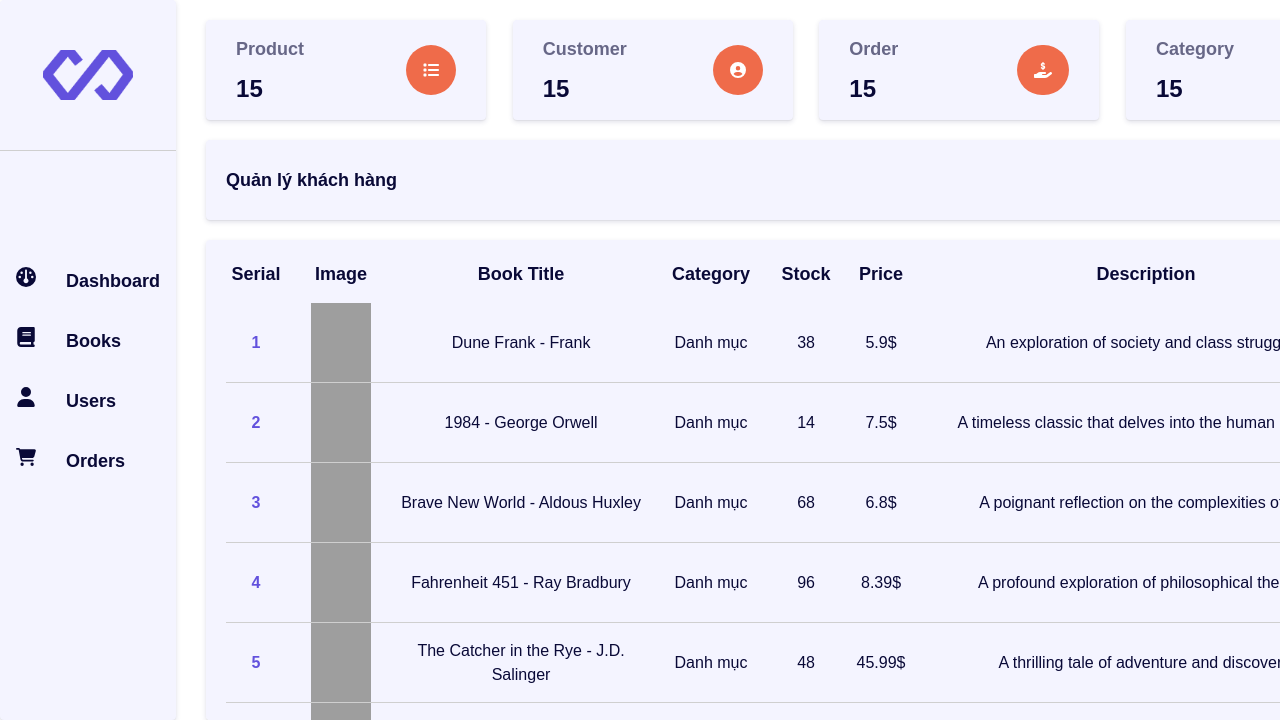
Repository: kauittt/BookStore_FE
Page: / (app in book-store/)
These files come from the project's save history. The page is drawn as it stood at one moment and after the next save; the edit follows.
The browser window is 1280 px wide. The pictures show the whole page.
Pictures or frames that could not be fetched are drawn as grey boxes. An inner scrolling area shows only its first screen. The project was rebuilt for these pictures with package versions that can differ from the ones it lists, and the page was loaded fresh each time. Also part of the build but not shown: book-store/vite.config.js, book-store/src/components/elements/FormInput.jsx, book-store/src/components/login-signup/Login.jsx, book-store/src/components/book/BookItem.jsx, book-store/src/components/book/BookList.jsx, book-store/src/components/elements/BackNavigation.jsx, book-store/src/components/book/BookDetail.jsx, book-store/src/components/cart/QuantitySelector.jsx and 5 more.

Above is the page before, as saved 2024-07-20 14:06:57.

### book-store/src/App.jsx
import Login from "./components/login-signup/Login";
import BookItem from "./components/book/BookItem";
import BookList from "./components/book/BookList";
import BookDetail from "./components/book/BookDetail";
import CartItem from "./components/cart/CartItem";
import Cart from "./components/cart/Cart";
import Checkout from "./components/checkout/Checkout";
import AdminNav from "./components/admin/AdminNav";
import ManageList from "./components/admin/ManageList";
import AdminPage from "./components/admin/AdminPage";
import Card from "./components/elements/Card";

const App = () => {
    //! Width - Height: 1536 - 703
    //! 270 - 255
    //! Width: 0.9
    //! Height: 0.585

    //* Semibold - Normal
    //* 3xl (Tiêu đề to) - lg (To hơn bình thường) - sm (Chú thích nhỏ) - Normal

    const data = [
        {
            image: "https://nhasachphuongnam.com/images/thumbnails/240/290/detailed/287/con-duong-hoi-giao-tb-2024.jpg",
            price: "5.9",
            name: "Dune Frank ",
            author: "Frank ",
        },
        {
            image: "https://i.pinimg.com/474x/57/70/55/5770553158ceac5870925fd79f9699eb.jpg",
            price: "7.5",
            name: "1984",
            author: "George Orwell",
        },
        {
            image: "https://listsach.com/wp-content/uploads/2020/05/bia-sach-dep-ngoi-nha-nghin-hanh-lang.jpg",
            price: "6.8",
            name: "Brave New World",
            author: "Aldous Huxley",
        },
        {
            image: "https://listsach.com/wp-content/uploads/2020/05/quyen-sach-co-bia-dep-khong-gia-dinh.jpg",
            price: "8.39",
            name: "Fahrenheit 451",
            author: "Ray Bradbury",
        },
        {
            image: "https://salt.tikicdn.com/cache/w1200/ts/product/03/ee/cc/9e91a112fb77049e9167f41ef62f832e.jpeg",
            price: "45.99",
            name: "The Catcher in the Rye",
            author: "J.D. Salinger",
        },
        {
            image: "https://intamphuc.vn/wp-content/uploads/2023/06/mau-bia-sach-dep-4.jpg",
            price: "9.2",
            name: "To Kill a Mockingbird",
            author: "Harper Lee",
        },
        {
            image: "https://vietart.co/blog/wp-content/uploads/2014/01/2_thiet_ke_bia_sach_dep_20.jpg",
            price: "5.0",
            name: "The Great Gatsby",
            author: "F. Scott Fitzgerald",
        },
        {
            image: "https://thegioidohoa.com/wp-content/uploads/2017/08/tong-hop-20-mau-bia-sach-doc-dao-nhat-nam-2017-7.jpg",
            price: "6.5",
            name: "Moby Dick",
            author: "Herman Melville",
        },
        {
            image: "https://encrypted-tbn0.gstatic.com/images?q=tbn:ANd9GcRVxy22da304ThgqLt9eKkHoYNLhIEgOL5vLCuA0X--bl323dKTKr0Q_H8tqkGQcfgcqA8&usqp=CAU",
            price: "7.8",
            name: "War and Peace",
            author: "Leo Tolstoy",
        },
        {
            image: "https://intamphuc.vn/wp-content/uploads/2023/06/mau-bia-sach-dep-2.jpg",
            price: "6.0",
            name: "Pride and Prejudice",
            author: "Jane Austen",
        },
    ];

    // Các mô tả mẫu để sử dụng
    const descriptions = [
        "A timeless classic that delves into the human psyche.",
        "An exploration of society and class struggles.",
        "A thrilling tale of adventure and discovery.",
        "A thought-provoking story that challenges conventional wisdom.",
        "A masterpiece of modern literature.",
        "A poignant reflection on the complexities of life.",
        "A gripping narrative that captivates the reader from start to finish.",
        "An emotional journey through love, loss, and redemption.",
        "A profound exploration of philosophical themes.",
        "An unforgettable story of courage and resilience.",
    ];

    // Hàm tạo số lượng ngẫu nhiên từ 1 đến 100
    function getRandomQuantity() {
        return Math.floor(Math.random() * 100) + 1;
    }

    // Hàm tạo mô tả ngẫu nhiên từ danh sách mô tả mẫu
    function getRandomDescription() {
        const index = Math.floor(Math.random() * descriptions.length);
        return descriptions[index];
    }

    // Tạo dữ liệu đa dạng cho mảng data
    const enhancedData = data.map((item) => ({
        ...item,
        quantity: getRandomQuantity(),
        description: getRandomDescription(),
    }));

    const detail = {
        image: "https://nhasachphuongnam.com/images/thumbnails/240/290/detailed/287/con-duong-hoi-giao-tb-2024.jpg",
        price: "5.9",
        name: "Dune",
        author: "Frank Herbert ",
        quantity: 10,
        description:
            "Contrary to popular belief, Lorem Ipsum is not simply random text. It has roots in a piece of classical Latin literature from 45 BC, making it over 2000 years old. Richard McClintock, a Latin professor at Hampden-Sydney College in Virginia, looked up one of the more obscure Latin words, consectetur, from a Lorem Ipsum passage, and going through the cites of the word in classical literature, discovered the undoubtable source. Lorem Ipsum comes from sections",
    };

    //! Sửa chổ quantity*price trong tính cart, checkout
    return (
        // container mx-auto
        <div className="text-text-normal  cursor-default select-none">
            {/* <Card name="Sản phẩm" quantity="15" icon={faList}></Card> */}

            <AdminPage books={enhancedData}></AdminPage>
            {/* <ManageList books={enhancedData}></ManageList> */}
            {/* <AdminNav></AdminNav> */}
            {/* <Checkout books={enhancedData}></Checkout> */}
            {/* <Cart books={enhancedData}></Cart> */}
            {/* <CartItem book={detail}></CartItem> */}
            {/* <BookDetail book={detail}></BookDetail> */}
            {/* <BookList title="Classic" books={data}></BookList> */}
            {/* <Login></Login> */}
        </div>
    );
};

export default App;

### book-store/src/index.css
@tailwind base;

* {
    scrollbar-width: thin;
}

@tailwind components;
@tailwind utilities;

.container {
    width: 100%;
}
@media (min-width: 640px) {
    .container {
        max-width: 640px;
    }
}
@media (min-width: 768px) {
    .container {
        max-width: 768px;
    }
    @media (min-width: 1024px) {
        .container {
            max-width: 1024px;
        }
    }
    @media (min-width: 1280px) {
        .container {
            max-width: 1280px;
        }
    }
    @media (min-width: 1400px) {
        .container,
        .container-lg,
        .container-md,
        .container-sm,
        .container-xl,
        .container-xxl {
            max-width: 1320px;
        }
    }
}

### book-store/src/components/admin/AdminNav.jsx
import PropTypes from "prop-types";
import { FontAwesomeIcon } from "@fortawesome/react-fontawesome";
import {
    faCartShopping,
    faUser,
    faBook,
    faGauge,
} from "@fortawesome/free-solid-svg-icons";

const AdminNav = () => {
    return (
        <div
            className="flex flex-col  gap-[100px]
            font-semibold text-lg  w-[260px]
            bg-bgr-main shadow-custom rounded"
        >
            <div
                className="w-full flex justify-center mt-[50px] pb-[50px]
            border-b border-border"
            >
                <img
                    src="./image/Logo.png"
                    alt="Logo"
                    className="w-[90px] h-[50px]  object-cover"
                />
            </div>

            <div>
                <div
                    className="p-[16px]
            transition-all duration-200 ease-in-out
            group hover:bg-bgr-white hover:shadow-custom rounded
            cursor-pointer"
                >
                    <p className="flex gap-[10px]">
                        <FontAwesomeIcon
                            className="mr-[20px] w-[20px] h-[20px]"
                            icon={faGauge}
                        />
                        Dashboard
                    </p>
                </div>
                <div
                    className="p-[16px]
            transition-all duration-200 ease-in-out
            group hover:bg-bgr-white hover:shadow-custom rounded
            cursor-pointer"
                >
                    <p className="flex gap-[10px]">
                        <FontAwesomeIcon
                            className="mr-[20px] w-[20px] h-[20px]"
                            icon={faBook}
                        />
                        Books
                    </p>
                </div>
                <div
                    className="p-[16px]
            transition-all duration-200 ease-in-out
            group hover:bg-bgr-white hover:shadow-custom rounded
            cursor-pointer"
                >
                    <p className="flex gap-[10px]">
                        <FontAwesomeIcon
                            className="mr-[20px]  w-[20px] h-[20px]"
                            icon={faUser}
                        />
                        Users
                    </p>
                </div>
                <div
                    className="p-[16px]
            transition-all duration-200 ease-in-out
            group hover:bg-bgr-white hover:shadow-custom rounded
            cursor-pointer"
                >
                    <p className="flex gap-[10px]">
                        <FontAwesomeIcon
                            className="mr-[20px] w-[20px] h-[20px]"
                            icon={faCartShopping}
                        />
                        Orders
                    </p>
                </div>
            </div>
        </div>
    );
};

AdminNav.propTypes = {
    book: PropTypes.object,
};
export default AdminNav;

### book-store/src/components/admin/ManageList.jsx
import React from "react";
import PropTypes from "prop-types";
import { FontAwesomeIcon } from "@fortawesome/react-fontawesome";
import {
    faCartShopping,
    faUser,
    faBook,
    faGauge,
} from "@fortawesome/free-solid-svg-icons";
import ManageItem from "./ManageItem";
import FormButton from "./../elements/FormButton";
const ManageList = (props) => {
    const category = [
        {
            group: "Order",
            fields: [
                { name: "Serial", width: "50px" },
                { name: "Customer Name", width: "150px" },
                { name: "Book Title", width: "150px" },
                { name: "Quantity", width: "100px" },
                { name: "Price", width: "100px" },
                { name: "Phone Number", width: "100px" },
                { name: "Address", flex: "1" }, // Use flex for flexible widths
            ],
        },
        {
            group: "Book",
            fields: [
                { name: "Serial", style: "w-[60px] text-center" },
                { name: "Image", style: "w-[80px] text-center" },
                { name: "Book Title", style: "w-[250px] text-center" },
                { name: "Category", style: "w-[100px] text-center" },
                { name: "Stock", style: "w-[60px] text-center" },
                { name: "Price", style: "w-[60px] text-center" },
                { name: "Description", style: "flex-1 text-center" },
            ],
        },
        {
            group: "User",
            fields: [
                { name: "Serial", width: "50px" },
                { name: "Username", width: "150px" },
                { name: "Name", width: "200px" },
                { name: "Role", width: "100px" },
                { name: "Email", width: "200px" },
                { name: "Phone Number", width: "150px" },
                { name: "Address", flex: "1" },
            ],
        },
    ];

    return (
        //* Danh sách sản phẩm
        <div
            className="max-w-[1200px] w-[1200px] p-[20px] pr-[40px]
        flex flex-col gap-[15px] bg-bgr-main shadow-custom rounded
        overflow-y-auto"
        >
            {/*//* Category */}
            <div
                className="flex justify-between items-center gap-[15px]
            font-semibold text-lg"
            >
                {category[1].fields.map((field, index) => (
                    <p key={index} className={`${field.style} `}>
                        {field.name}
                    </p>
                ))}
            </div>

            {/*//* List Item */}
            <div className="flex flex-col max-h-full ">
                {props.books.map((book, index) => (
                    <ManageItem
                        data={book}
                        category={category[1].fields}
                        key={index}
                        index={index}
                    ></ManageItem>
                ))}
            </div>
        </div>
    );
};
ManageList.propTypes = {
    books: PropTypes.array,
};
export default ManageList;

### book-store/src/components/admin/AdminPage.jsx
import React from "react";
import PropTypes from "prop-types";
import ManageList from "./ManageList";
import AdminNav from "./AdminNav";
import Card from "./../elements/Card";
import ManageTitle from "./ManageTitle";
import { FontAwesomeIcon } from "@fortawesome/react-fontawesome";
import {
    faCircleUser,
    faCartShopping,
    faHandHoldingDollar,
    faList,
} from "@fortawesome/free-solid-svg-icons";

const AdminPage = (props) => {
    return (
        <div
            className="flex gap-[30px] justify-between
        max-h-screen overflow-hidden
        "
        >
            {/*//* Left  */}
            <AdminNav></AdminNav>

            {/*//* Right  */}
            <div className="flex flex-col gap-[20px] pt-[20px] pr-[20px]">
                {/*//* Cards  */}
                <div className="flex justify-between items-center ">
                    <Card name="Product" quantity={15} icon={faList}></Card>
                    <Card
                        name="Customer"
                        quantity={15}
                        icon={faCircleUser}
                    ></Card>
                    <Card
                        name="Order"
                        quantity={15}
                        icon={faHandHoldingDollar}
                    ></Card>
                    <Card
                        name="Category"
                        quantity={15}
                        icon={faCartShopping}
                    ></Card>
                </div>

                {/*//* Title  */}
                <ManageTitle
                    name="Quản lý khách hàng"
                    button="Add User"
                ></ManageTitle>

                {/*//* List  */}
                <ManageList books={props.books}></ManageList>
            </div>
        </div>
    );
};

AdminPage.propTypes = {
    books: PropTypes.array,
};
export default AdminPage;

### book-store/src/components/elements/Card.jsx
import React from "react";
import PropTypes from "prop-types";
import { FontAwesomeIcon } from "@fortawesome/react-fontawesome";
import {
    faCircleUser,
    faCartShopping,
    faHandHoldingDollar,
    faList,
} from "@fortawesome/free-solid-svg-icons";
const Card = (props) => {
    return (
        <div
            className="flex items-center justify-between
            w-[280px] h-[100px] bg-bgr-main p-[30px]
        rounded shadow-custom"
        >
            <div className="flex flex-col gap-[10px]">
                <p className="text-lg text-text-light font-semibold">
                    {props.name}
                </p>
                <p className="text-2xl font-semibold">{props.quantity}</p>
            </div>
            <FontAwesomeIcon
                className="p-[17px] rounded-full
             bg-bgr-color text-text-white"
                icon={props.icon}
            />
            {/* <FontAwesomeIcon icon={faCartShopping} />
            <FontAwesomeIcon icon={faHandHoldingDollar} />
            <FontAwesomeIcon icon={faCircleUser} /> */}
        </div>
    );
};

Card.propTypes = {
    name: PropTypes.string,
    quantity: PropTypes.number,
    icon: PropTypes.object,
    color: PropTypes.string,
};
export default Card;

### book-store/src/components/elements/FormButton.jsx
import PropTypes from "prop-types";

const FormButton = ({
    name = "Button",
    main = true,
    type = "button",
    disabled = false,
    ...props
}) => {
    return (
        <button
            type={type}
            disabled={disabled}
            className={`m-w-[100px] w-[100px] m-h-[40px] h-[40px] leading-[40px]
            rounded text-lg font-semibold
            flex items-center justify-center
            cursor-pointer shadow-custom
            transition-all duration-200 ease-in-out
            bg-bgr-white
            ${main ? "bg-bgr-white" : "bg-bgr-white"}
            ${main ? "text-text-color" : "text-bgr-color"}
            ${
                main
                    ? "border border-text-color hover:bg-text-color hover:text-text-white"
                    : "border border-bgr-color hover:bg-bgr-color hover:text-text-white"
            }
            `}
            {...props}
        >
            {name}
        </button>
    );
};

FormButton.propTypes = {
    main: PropTypes.bool,
    name: PropTypes.string.isRequired,
    type: PropTypes.string,
    disabled: PropTypes.bool,
};

export default FormButton;

### book-store/src/components/admin/ManageItem.jsx
import PropTypes from "prop-types";
import { FontAwesomeIcon } from "@fortawesome/react-fontawesome";
import { faPen } from "@fortawesome/free-solid-svg-icons";
import { useState } from "react";
import Modal from "../elements/Modal";

const ManageItem = (props) => {
    // STT | Tên khách | Tên sách | Số lượng | Giá     | Phone | Address
    // STT | Hình      | Tên sách | Danh mục | Tồn kho | Giá   | Mô tả
    // STT | Username  | Name     | Role     | Email   | Phone | Address

    const isImage = props.data.image ? true : false;

    //* Handle model
    const [showModal, setShowModal] = useState(false);
    const [currentData, setCurrentData] = useState({});

    const handleEditClick = () => {
        setCurrentData(props.data);
        setShowModal(true);
    };

    const handleSave = (updatedData) => {
        console.log("Updated data:", updatedData);
        // Add logic to update the data in the parent component or backend
    };

    return (
        <div
            className="flex justify-between  items-center
                gap-[15px] min-h-[80px] h-[80px] relative
                border-b border-border"
        >
            <p
                className={`${props.category[0].style} font-semibold text-text-color`}
            >
                {props.index + 1}
            </p>

            {isImage ? (
                <div
                    className={`${props.category[1].style} h-full
                flex items-center justify-center`}
                >
                    <img
                        className="w-[60px] h-full object-cover"
                        src={props.data.image}
                        alt="Image"
                    />
                </div>
            ) : (
                <p className={`${props.category[1].style} `}>Tăng Khải Minh</p>
            )}

            <p className={`${props.category[2].style} `}>
                {props.data.name + " - " + props.data.author}
            </p>

            <p className={`${props.category[3].style} `}>Danh mục</p>

            <p className={`${props.category[4].style} `}>
                {props.data.quantity}
            </p>

            <p className={`${props.category[5].style} `}>{props.data.price}$</p>

            <p className={`${props.category[6].style} `}>
                {props.data.description}
            </p>

            <FontAwesomeIcon
                className="absolute right-[-38px] p-[10px] rounded cursor-pointer
                text-bgr-color
                transition-all duration-200 ease-in-out
                hover:bg-bgr-color hover:text-text-white  "
                icon={faPen}
                onClick={handleEditClick}
            />

            {showModal && (
                <Modal
                    onClose={() => setShowModal(false)}
                    data={currentData}
                    onSave={handleSave}
                />
            )}
        </div>
    );
};
ManageItem.propTypes = {
    data: PropTypes.object,
    category: PropTypes.array,
    index: PropTypes.number,
};
export default ManageItem;

### book-store/src/components/admin/ManageTitle.jsx
import React from "react";
import PropTypes from "prop-types";
import FormButton from "./../elements/FormButton";

const ManageTitle = (props) => {
    return (
        <div
            className="flex justify-between items-center
        h-[80px] bg-bgr-main p-[20px]
            rounded shadow-custom"
        >
            <p className="font-semibold text-lg">{props.name}</p>
            <FormButton name={props.button}></FormButton>
        </div>
    );
};

ManageTitle.propTypes = {
    name: PropTypes.string,
    button: PropTypes.string,
};

export default ManageTitle;

### book-store/tailwind.config.js
/** @type {import('tailwindcss').Config} */
export default {
    content: ["./index.html", "./src/**/*.{js,ts,jsx,tsx}"],
    theme: {
        colors: {
            //* Background
            "bgr-main": "#F4F4FF",
            "bgr-color": "#EF6B4A", // Màu cam
            "bgr-color-hover": "#C2371E", // Darker for hover
            "bgr-white": "#FFFFFF",

            //* Text
            "text-normal": "#090937",
            "text-color": "#6251DD", // Màu tím
            "text-color-hover": "#4937B8", // Darker for hover
            "text-light": "#676787",
            "text-white": "#FFFFFF",
            "text-error": "#e74c3c", // Màu đỏ
            "text-error-hover": "#c0392b", // Darker for hover

            //* Border
            border: "#cfcfcf",
        },
        extend: {
            fontFamily: {
                sans: ["Manrope", "sans-serif"],
            },
            boxShadow: {
                custom: "rgba(50, 50, 105, 0.15) 0px 2px 5px 0px, rgba(0, 0, 0, 0.05) 0px 1px 1px 0px",
            },
        },
    },
    plugins: [],
};

Loaded but not shown: book-store/index.html (common file); book-store/src/main.jsx (common file)

After the next save:
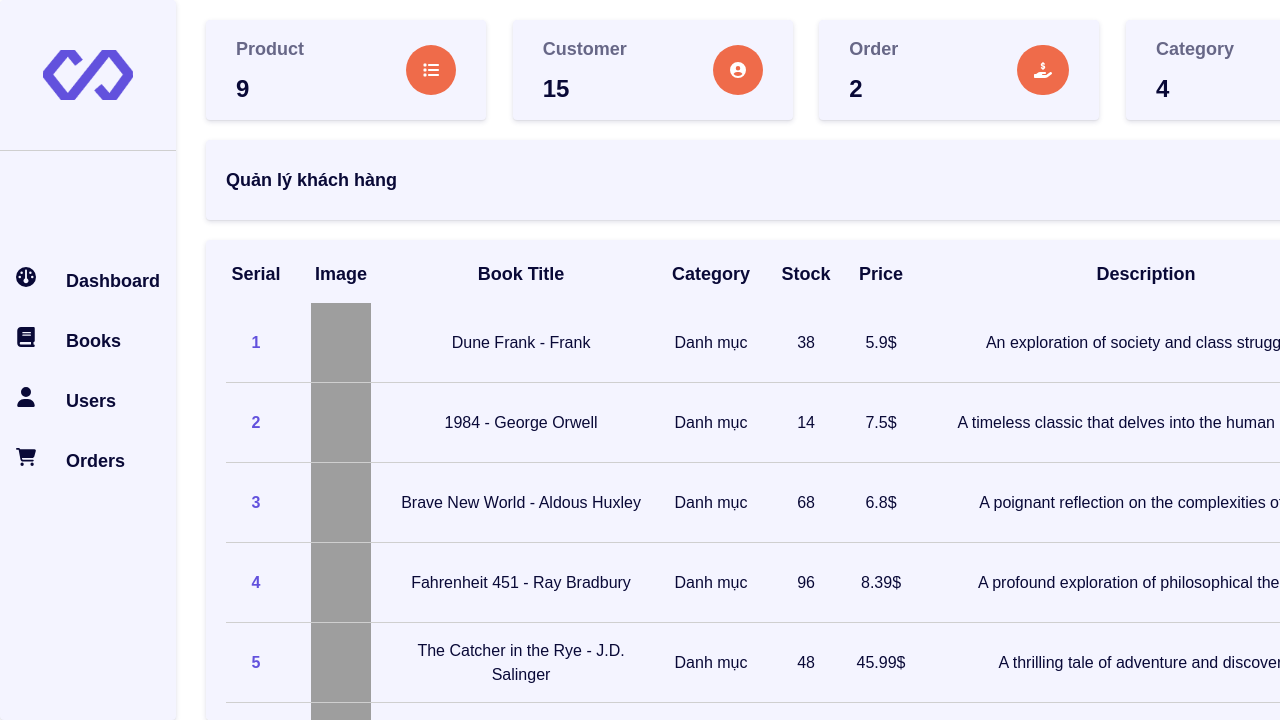
Saved 11 s later.
--- a/book-store/src/components/admin/AdminPage.jsx
+++ b/book-store/src/components/admin/AdminPage.jsx
@@ -26,7 +26,7 @@ const AdminPage = (props) => {
             <div className="flex flex-col gap-[20px] pt-[20px] pr-[20px]">
                 {/*//* Cards  */}
                 <div className="flex justify-between items-center ">
-                    <Card name="Product" quantity={15} icon={faList}></Card>
+                    <Card name="Product" quantity={9} icon={faList}></Card>
                     <Card
                         name="Customer"
                         quantity={15}
@@ -34,12 +34,12 @@ const AdminPage = (props) => {
                     ></Card>
                     <Card
                         name="Order"
-                        quantity={15}
+                        quantity={2}
                         icon={faHandHoldingDollar}
                     ></Card>
                     <Card
                         name="Category"
-                        quantity={15}
+                        quantity={4}
                         icon={faCartShopping}
                     ></Card>
                 </div>
